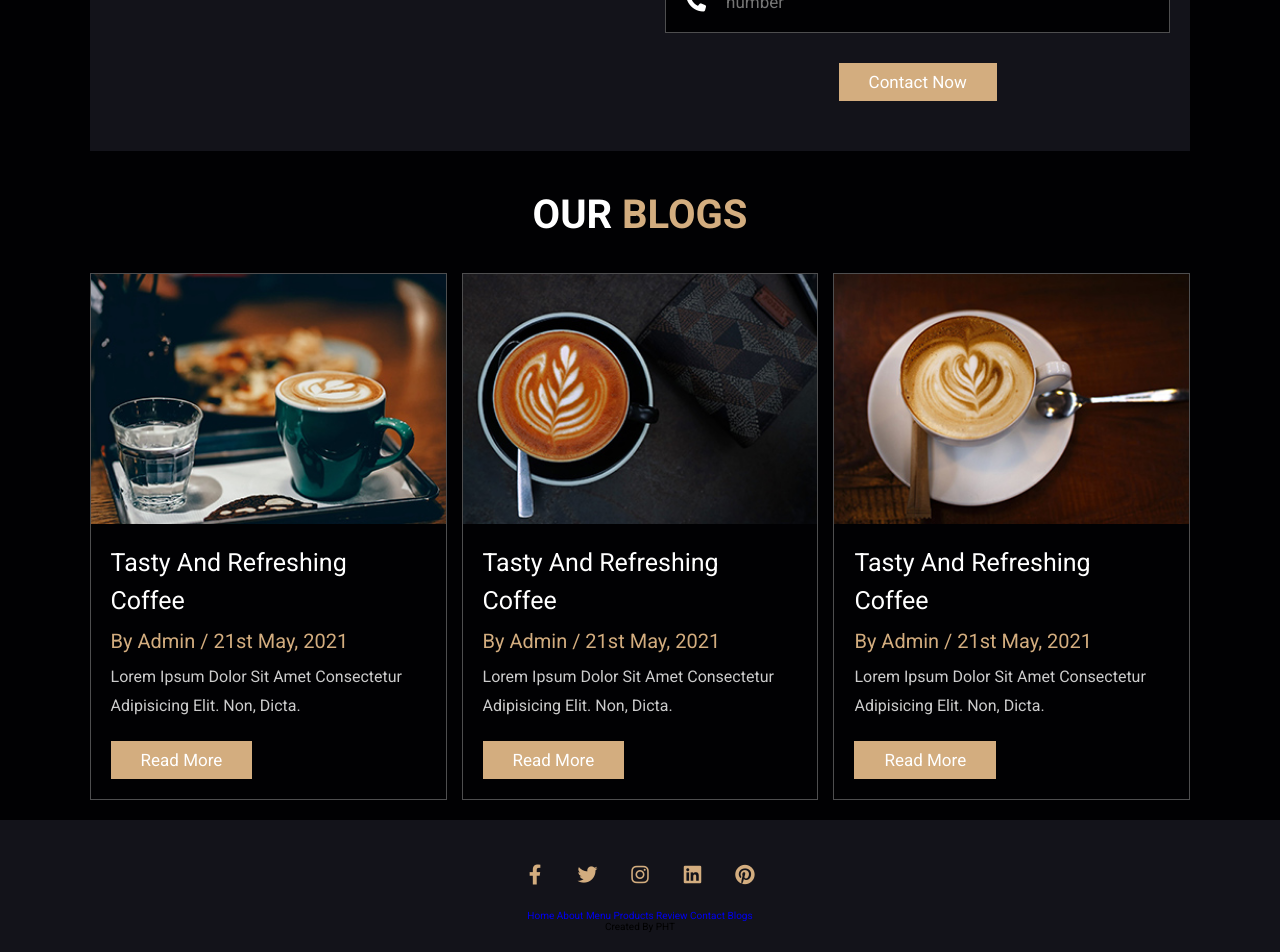
Repository: phamtrunghptn-dev/coffee-shop
Page: index.html
An editor plug-in stored every save of this project. The page is shown before and after a run of saves, followed by the edit.
The browser window is 1280 px wide. The pictures show the part of the page from y = 3638 to 4590 px (the page is 4590 px tall).
Pictures or frames that could not be fetched are drawn as grey boxes. A picture or video elsewhere on the page could not be fetched, so the positions and the page height are approximate. Some web libraries are served in a nearby version.

Above is the page before, as saved 2022-06-26 22:15:18.

After the next 2 saves:
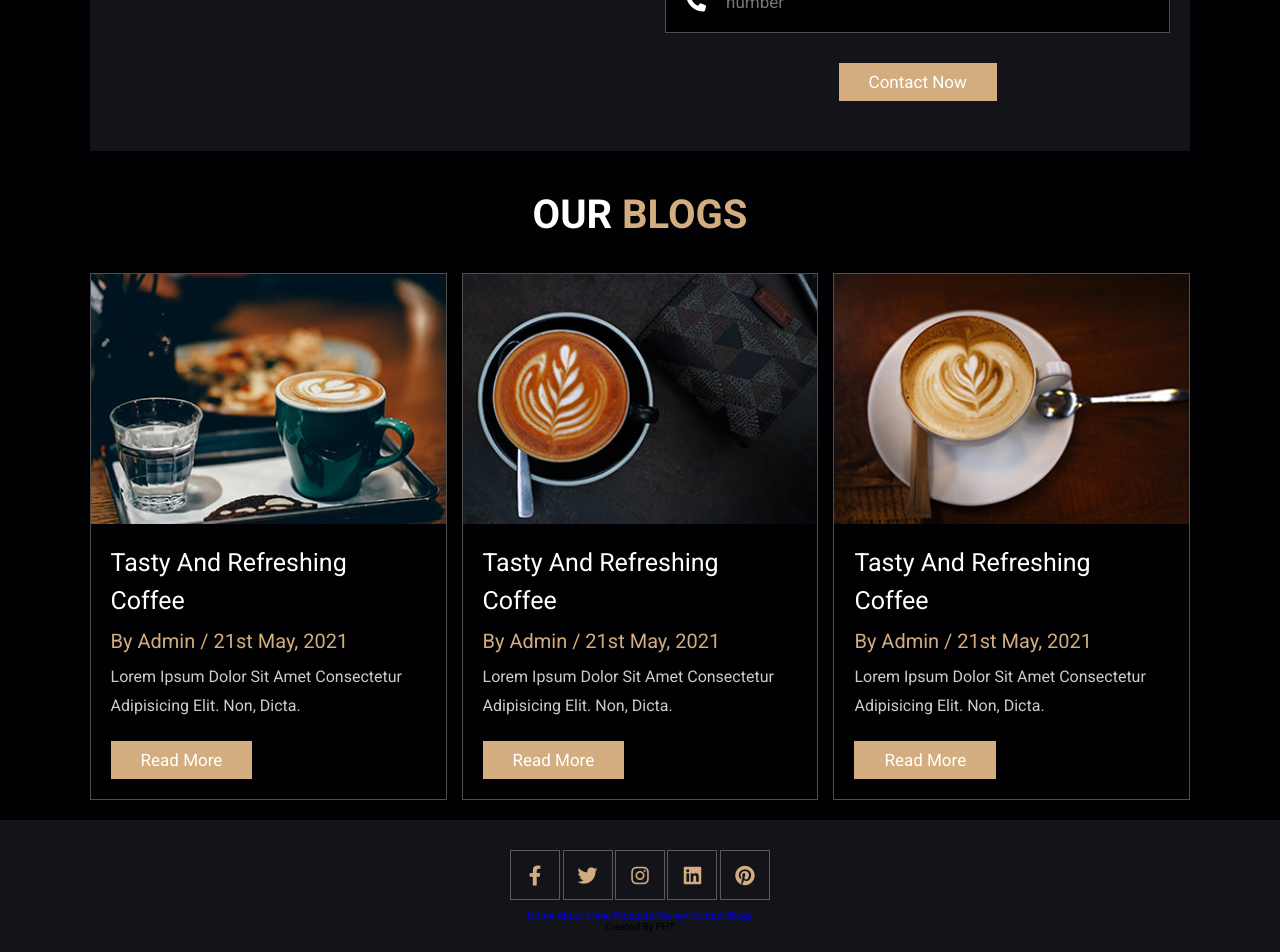
The 2 saves are shown as one change because they came seconds apart.
The last was saved 9 s later.
--- a/css/style.css
+++ b/css/style.css
@@ -526,7 +526,7 @@ section{
     line-height: 5rem;
     font-size: 2rem;
     color: var(--main-color);
-
+    border: var(--border)
 }
 
 
